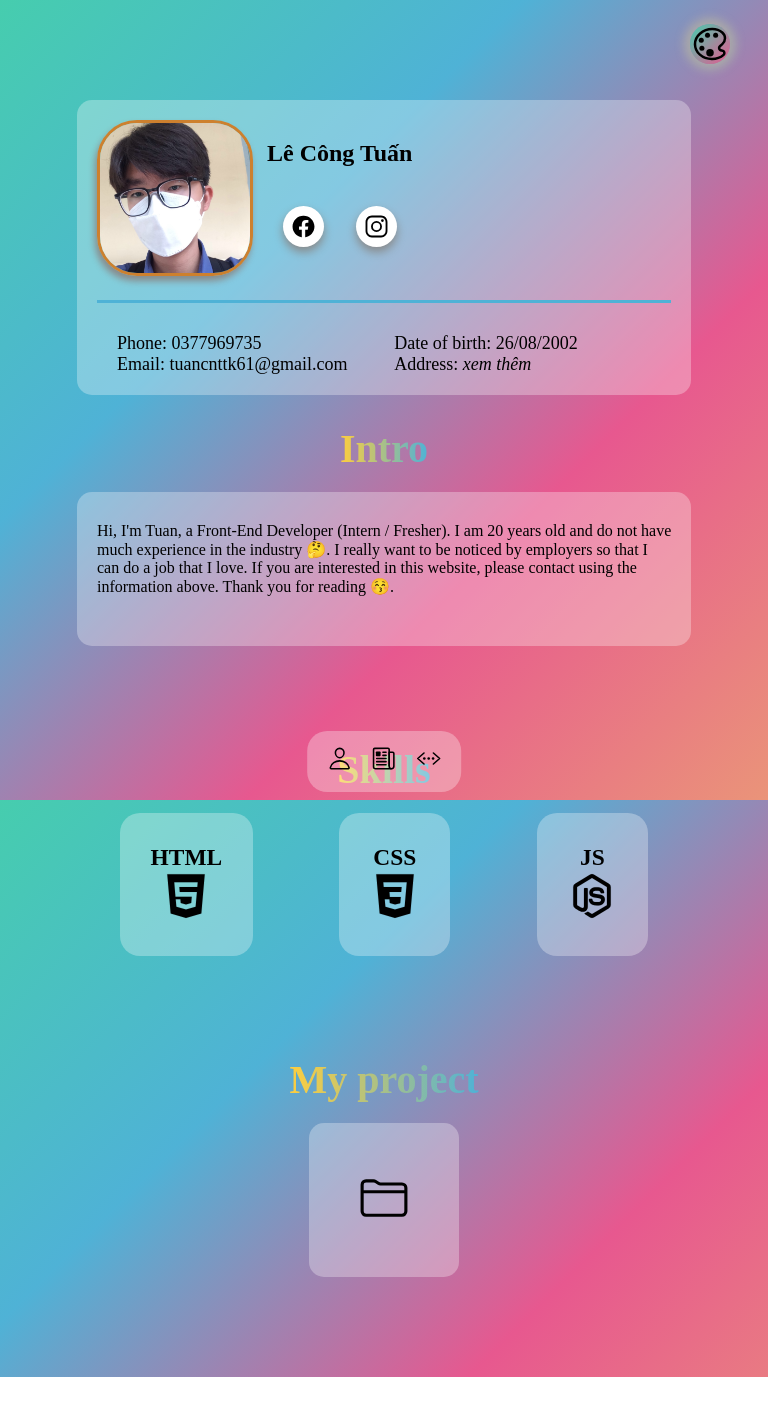
Repository: LeCongTuan2608/Profile
Page: index.html
An editor plug-in stored every save of this project. The page is shown before and after the next save, followed by the edit.
The browser window is 768 px wide. The pictures show the whole page.
Backgrounds fixed to the window are drawn as part of the page. The style sheet was rebuilt from its Sass, Less or Tailwind sources for each picture, by a compiler version that may differ from the author's.

Above is the page before, as saved 2022-05-05 12:26:40.

After the next save:
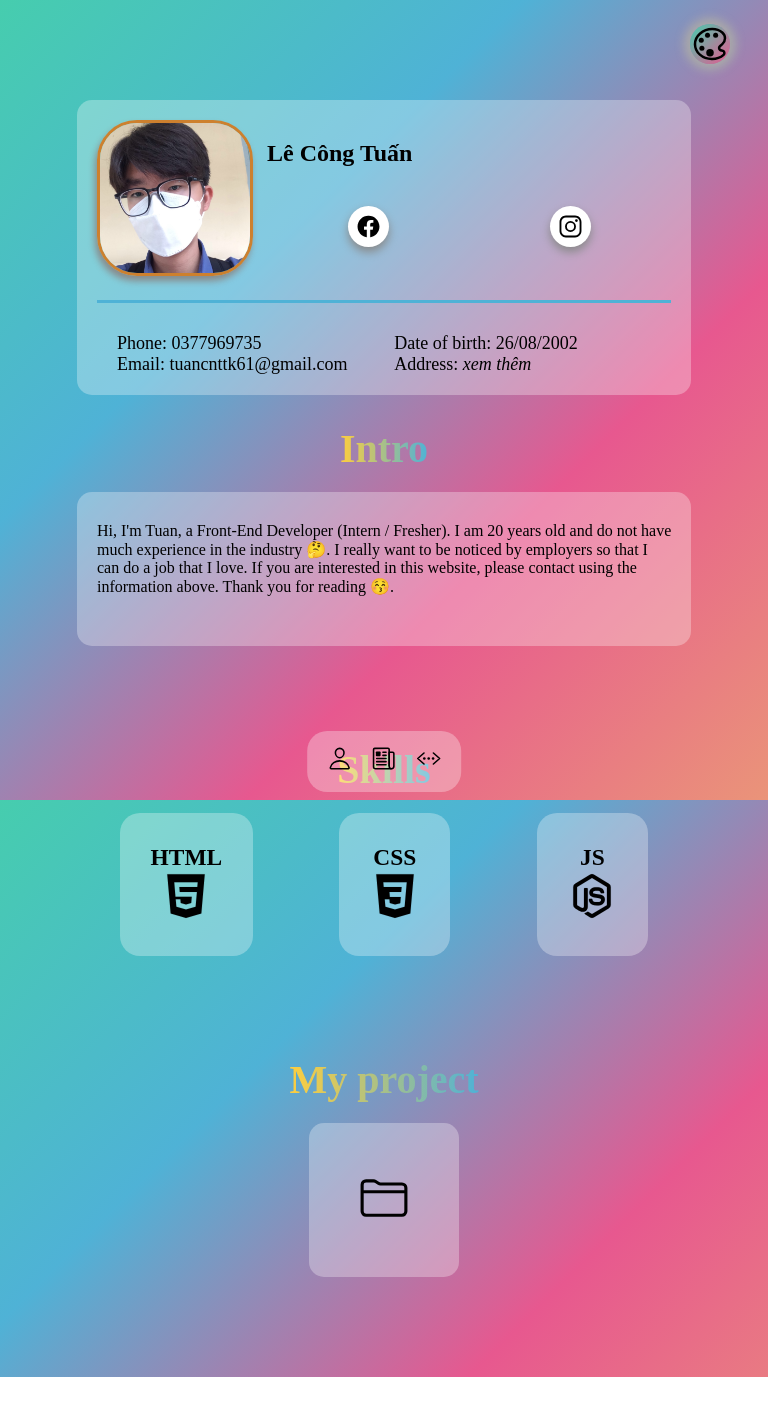
Saved 26 s later.
--- a/sass/style.scss
+++ b/sass/style.scss
@@ -414,13 +414,15 @@
         display: block;
     }
     .image{
-        flex: 1;
         border-right: none;
         border-bottom: 3px solid;
         border-color: #4fb2d6;
         padding-right: 0;
         padding-bottom: 30px;
     }
+    .user-intro{
+        flex: 1;
+    }
     .contact{
         padding-top: 30px;
     }

After the 2 saves that followed:
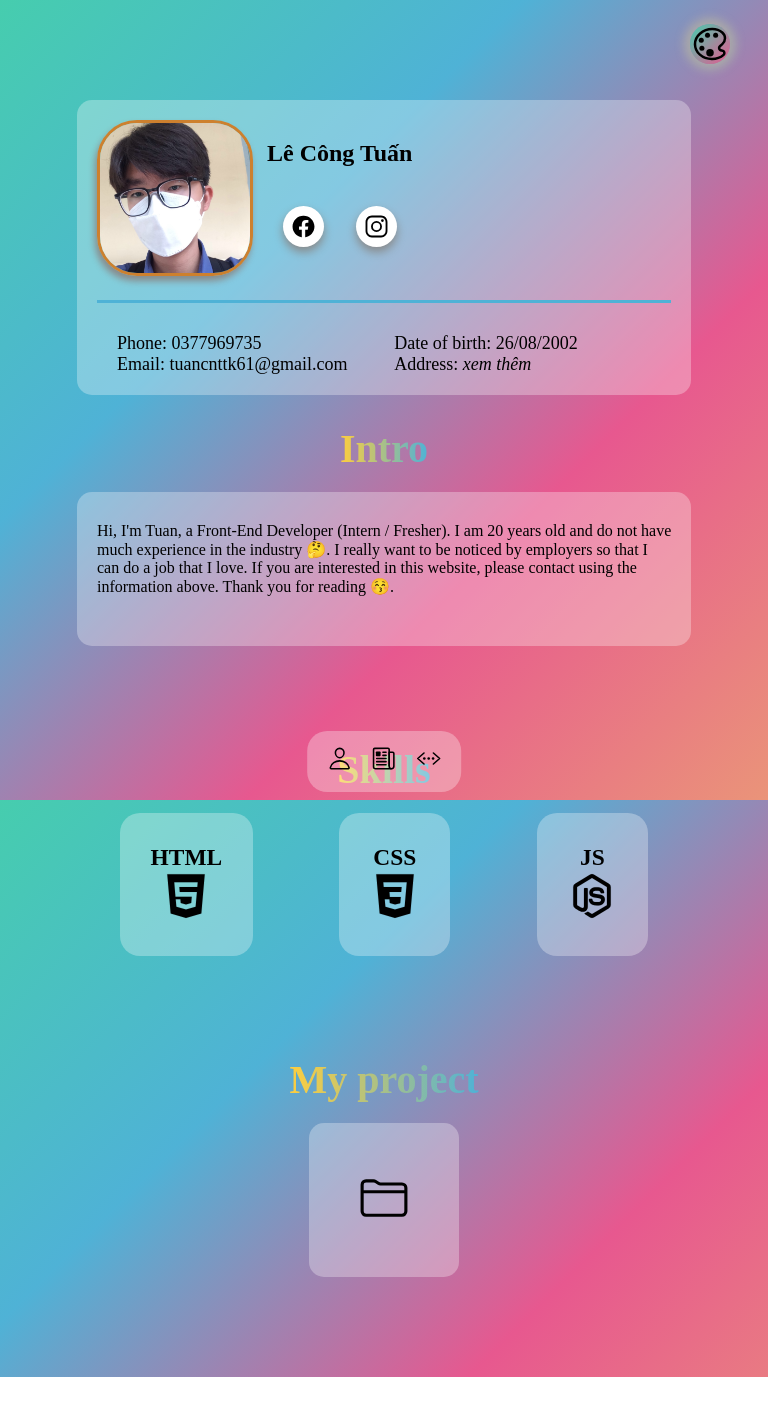
The 2 saves are shown as one change because they came seconds apart.
The last was saved 6 s later.
--- a/sass/style.scss
+++ b/sass/style.scss
@@ -420,9 +420,6 @@
         padding-right: 0;
         padding-bottom: 30px;
     }
-    .user-intro{
-        flex: 1;
-    }
     .contact{
         padding-top: 30px;
     }
